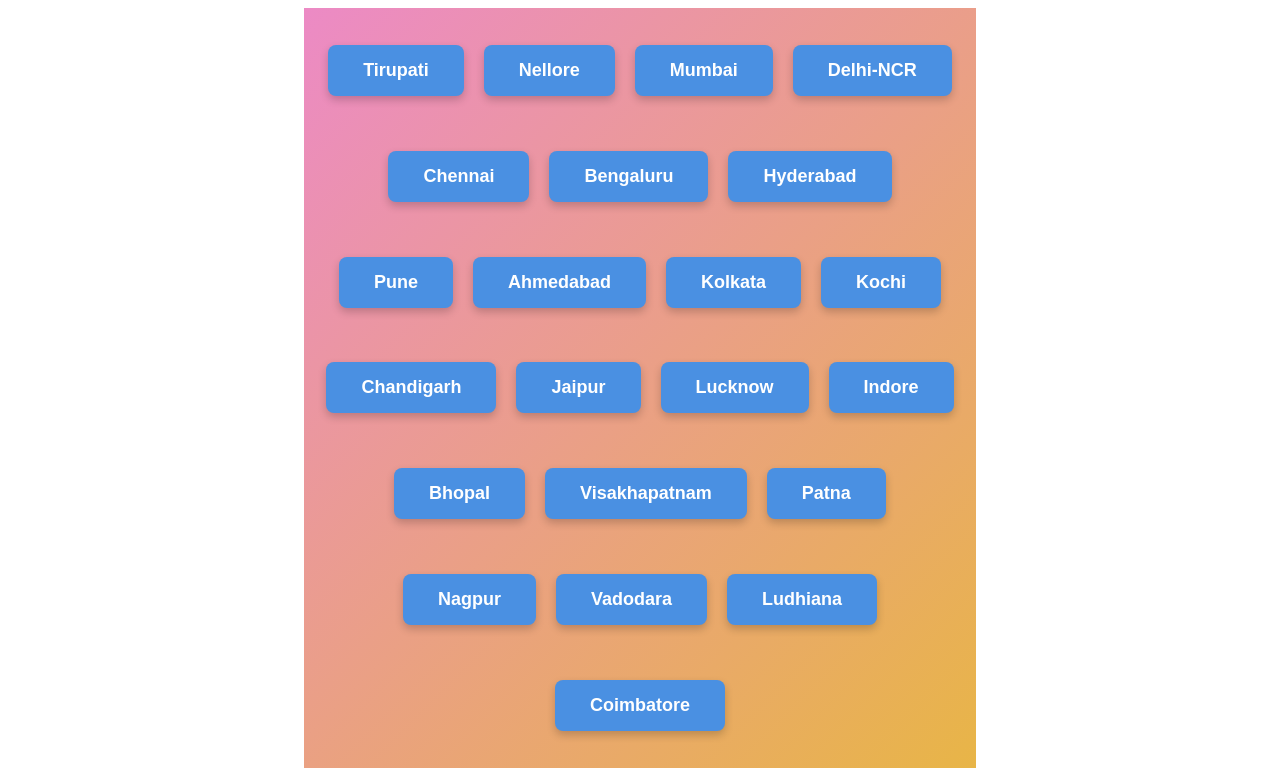
Repository: gnanaprasunag/MovieBookingApp
Page: /navigation (app in frontend/)
The author's editor kept a copy of each file at every save. The page is drawn from the files as they stood at one save, then again after the next save.
The browser window is 1280 px wide. The pictures show the whole page.
The page's requests for data from a server got no answer. The project was rebuilt for these pictures with package versions that can differ from the ones it lists, and the page was loaded fresh each time. No one was signed in, and anything a server would have sent is missing. Also part of the build but not shown: frontend/src/components/PrivateRoute.js, frontend/src/components/AuthorizeRoute.js.

Above is the page before, as saved 2025-05-05 02:21:51.

After the next save:
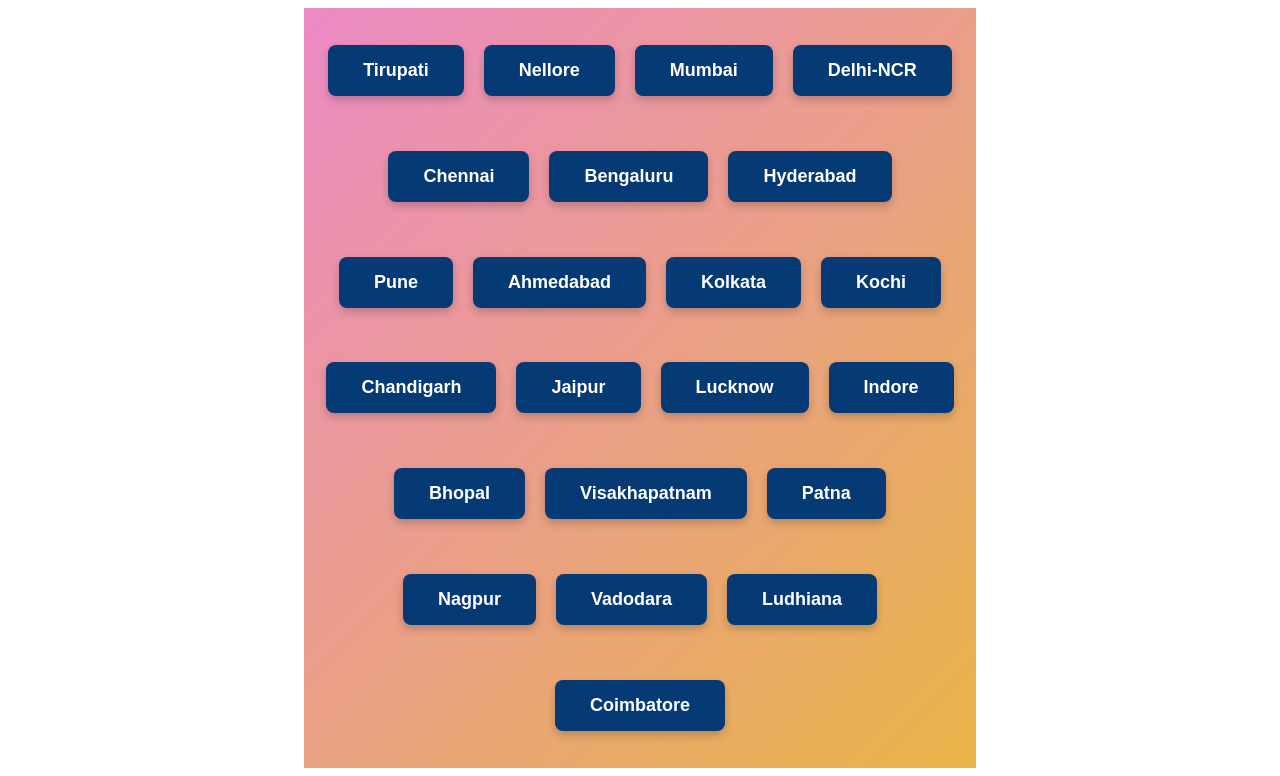
Saved 13 s later.
--- a/frontend/src/pages/navigation.css
+++ b/frontend/src/pages/navigation.css
@@ -15,7 +15,7 @@
 /* Location button styling */
 .location-button {
     padding: 15px 35px;
-    background-color: #4a90e2; /* Elegant blue */
+    background-color: #063a75; /* Elegant blue */
     color: #fff;
     border: none;
     border-radius: 8px;
